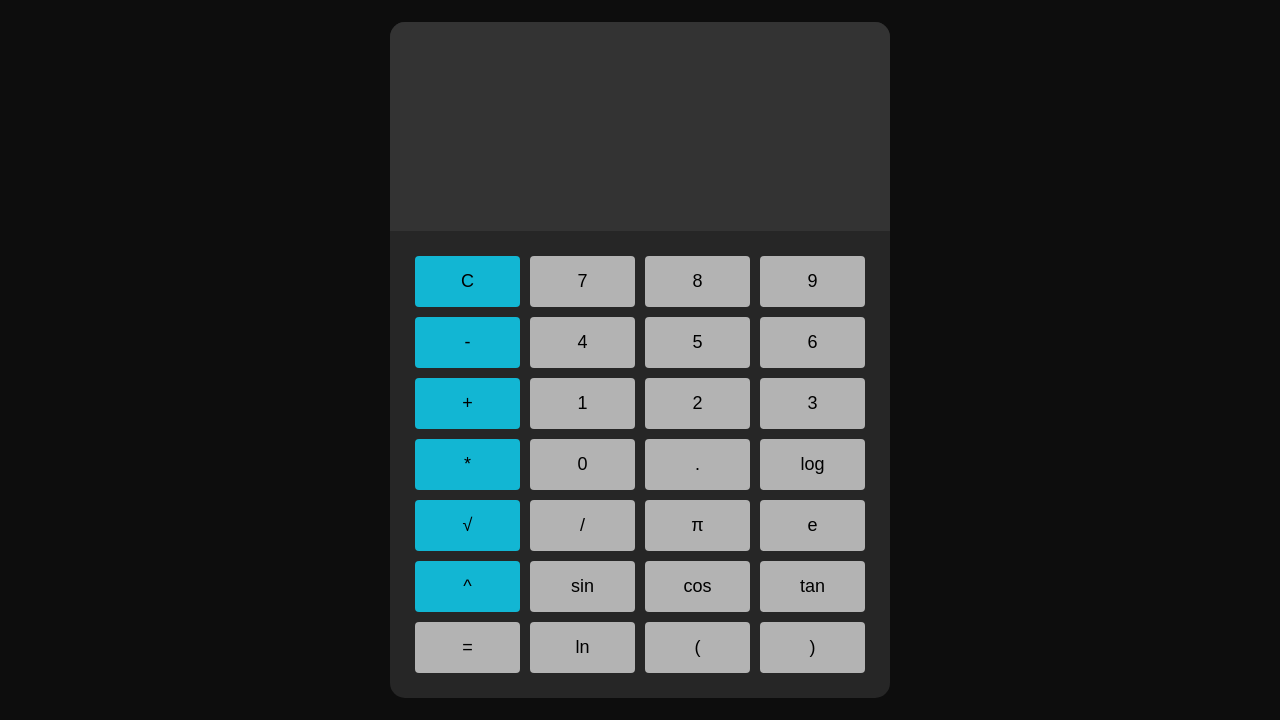
Repository: Haakim19/JavaScript
Page: Calculater/Main.html
An editor plug-in stored every save of this project. The page is shown before and after the next save, followed by the edit.
The browser window is 1280 px wide. The pictures show the whole page.

Above is the page before, as saved 2024-10-23 12:04:23.

After the next save:
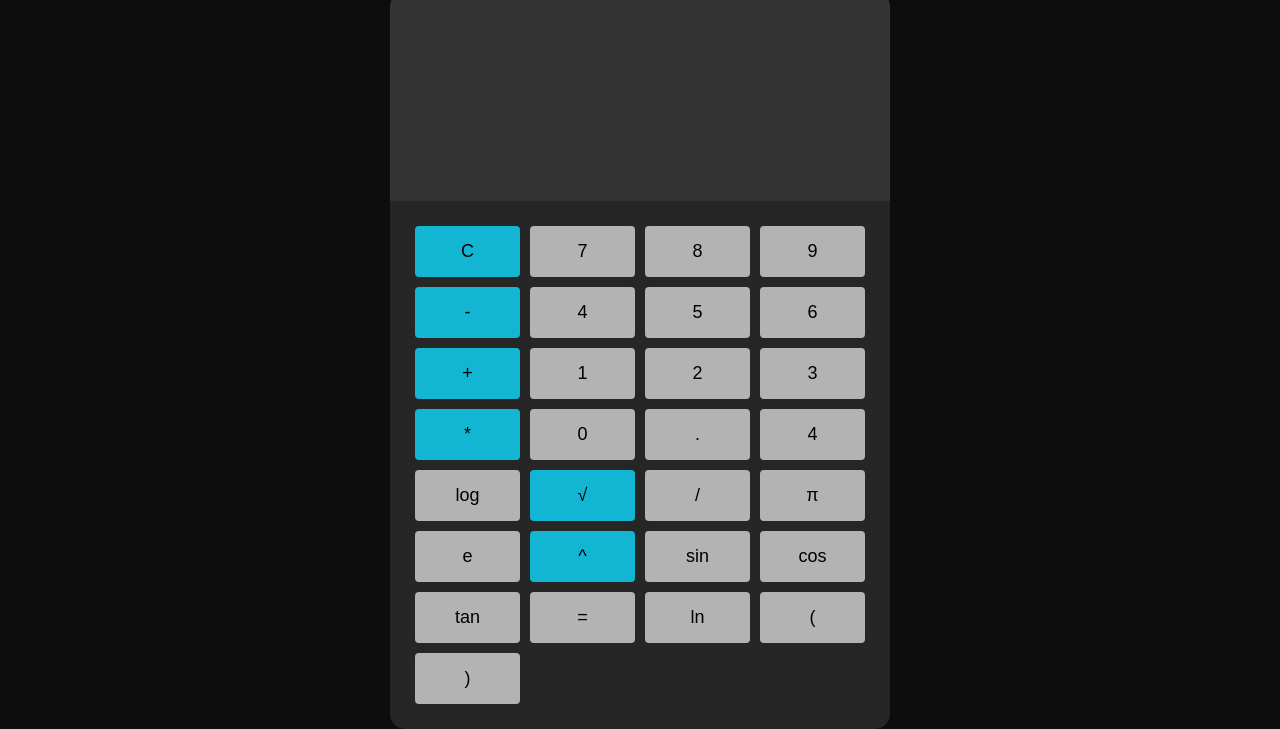
Saved 2 min 9 s later.
--- a/Calculater/Main.html
+++ b/Calculater/Main.html
@@ -27,19 +27,20 @@
                 <button onclick="appentToDisplay('*')" class="operator-btn">*</button>
                 <button onclick="appentToDisplay('0')">0</button>
                 <button onclick="appentToDisplay('.')" >.</button>
-                <button onclick="appentToDisplay('log10()')" >log</button>
-                <button onclick="appentToDisplay('sqrt()')" class="operator-btn">√</button>
+                <button onclick="appentToDisplay('4')">4</button>
+                <button onclick="appentToDisplay(value)" >log</button>
+                <button onclick="appentToDisplay(value)" class="operator-btn">√</button>
                 <button onclick="appentToDisplay('/')">/</button>
-                <button onclick="appendToDisplay('PI()')">π</button>
-                <button onclick="appentToDisplay('e()')">e</button>
-                <button onclick="appendToDisplay('**')" class="operator-btn">^</button>
-                <button onclick="appentToDisplay('sin()')">sin</button>
-                <button onclick="appentToDisplay('cos()')">cos</button>
-                <button onclick="appentToDisplay('tan()')">tan</button>
+                <button onclick="appendToDisplay(value)">π</button>
+                <button onclick="appentToDisplay(value)">e</button>
+                <button onclick="appendToDisplay(value)" class="operator-btn">^</button>
+                <button onclick="appentToDisplay(value)">sin</button>
+                <button onclick="appentToDisplay(value)">cos</button>
+                <button onclick="appentToDisplay(value)">tan</button>
                 <button onclick="calculate()" >=</button>
-                <button onclick="appentToDisplay('log()')">ln</button>
-                <button onclick="appentToDisplay('')"><span>&#40;</span></button>
-                <button onclick="appentToDisplay('')"><span>&#41;</span></button>
+                <button onclick="appentToDisplay(value)">ln</button>
+                <button onclick="appentToDisplay(value)"><span>&#40;</span></button>
+                <button onclick="appentToDisplay(value)"><span>&#41;</span></button>
             </div>
         </div>
 

After the save that followed:
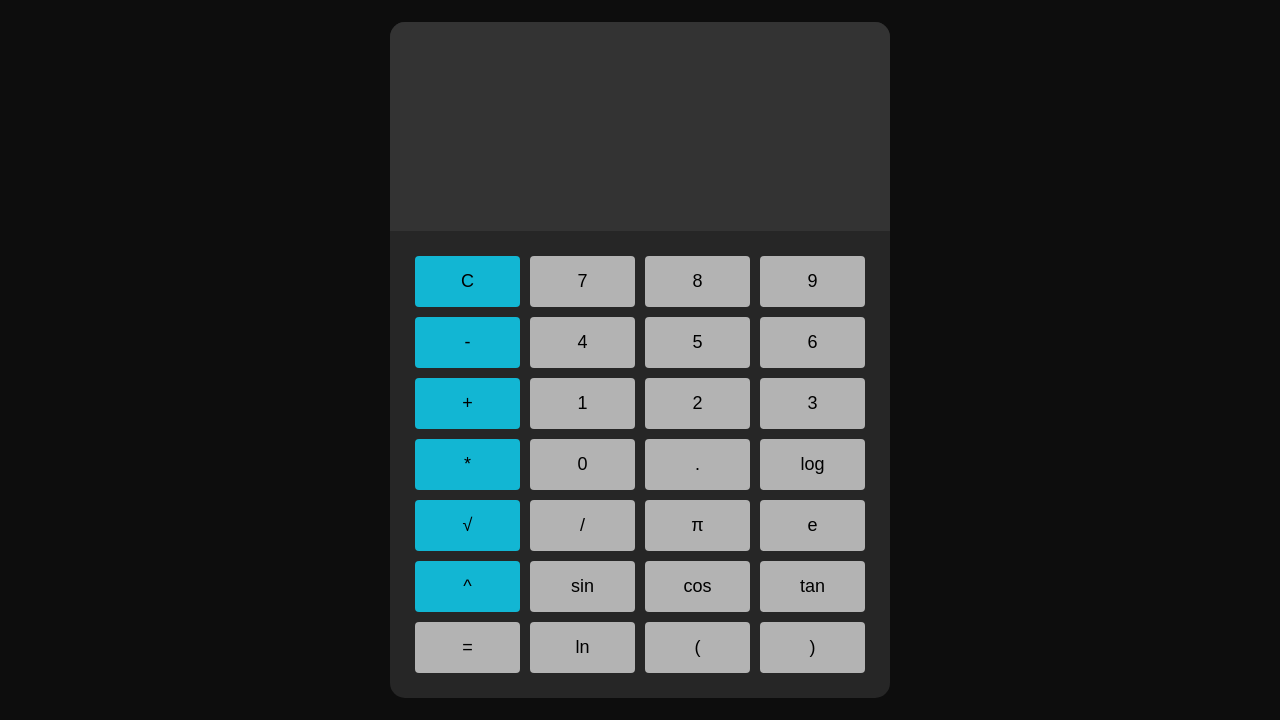
Saved 24 s later.
--- a/Calculater/Main.html
+++ b/Calculater/Main.html
@@ -27,7 +27,7 @@
                 <button onclick="appentToDisplay('*')" class="operator-btn">*</button>
                 <button onclick="appentToDisplay('0')">0</button>
                 <button onclick="appentToDisplay('.')" >.</button>
-                <button onclick="appentToDisplay('4')">4</button>
+
                 <button onclick="appentToDisplay(value)" >log</button>
                 <button onclick="appentToDisplay(value)" class="operator-btn">√</button>
                 <button onclick="appentToDisplay('/')">/</button>
